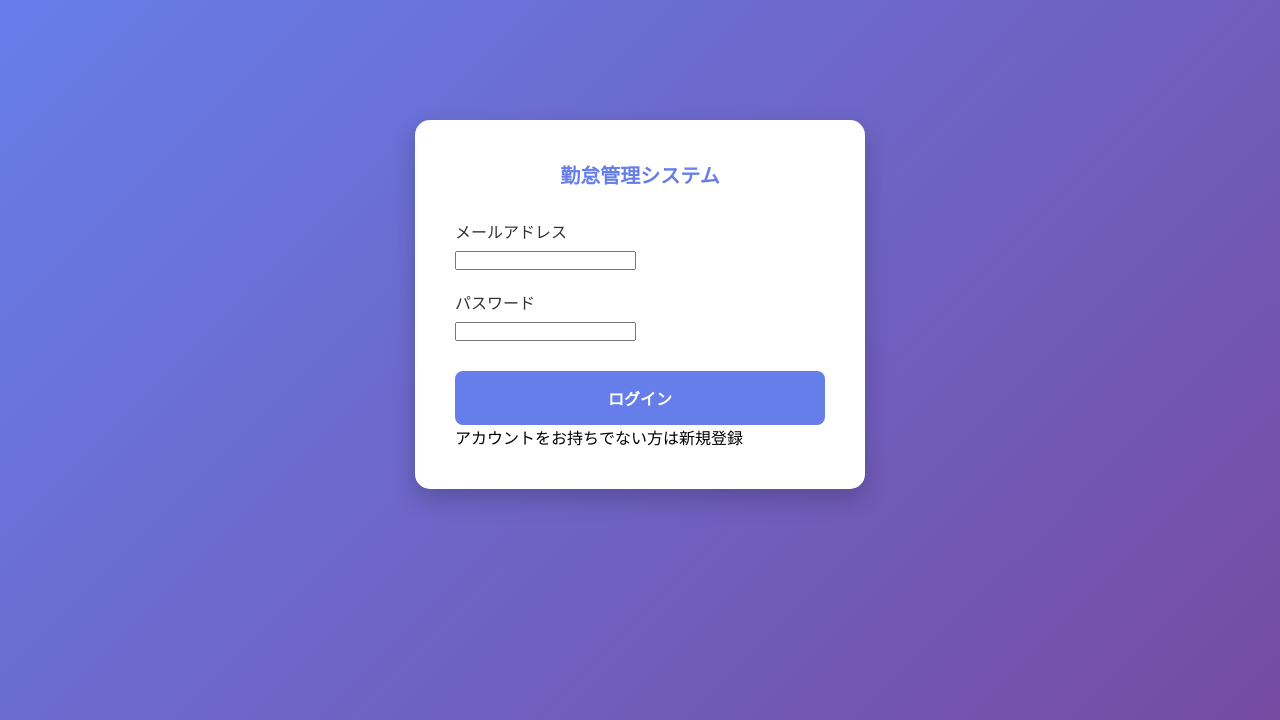
Repository: 04bit/WEB_HCJ
Page: index.html
The author's editor kept a copy of each file at every save. The page is drawn from the files as they stood at one save, then again after the next save.
The browser window is 1280 px wide. The pictures show the whole page.

Above is the page before, as saved 2025-11-25 15:30:12.

After the next save:
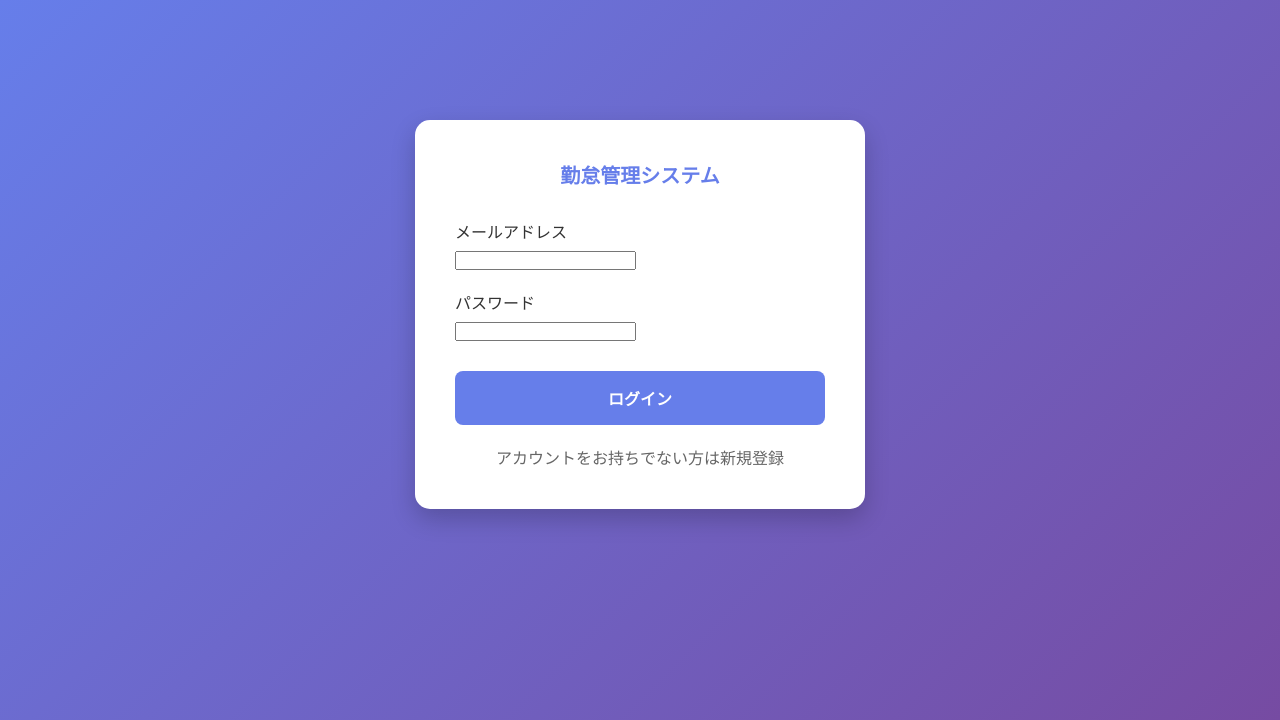
Saved 85 s later.
--- a/style.css
+++ b/style.css
@@ -61,3 +61,9 @@ body {
     background: #5568d3;
     transform: translateY(-2px);
 }
+
+.switch-form {
+    text-align: center;
+    margin-top: 20px;
+    color: #666;
+}
